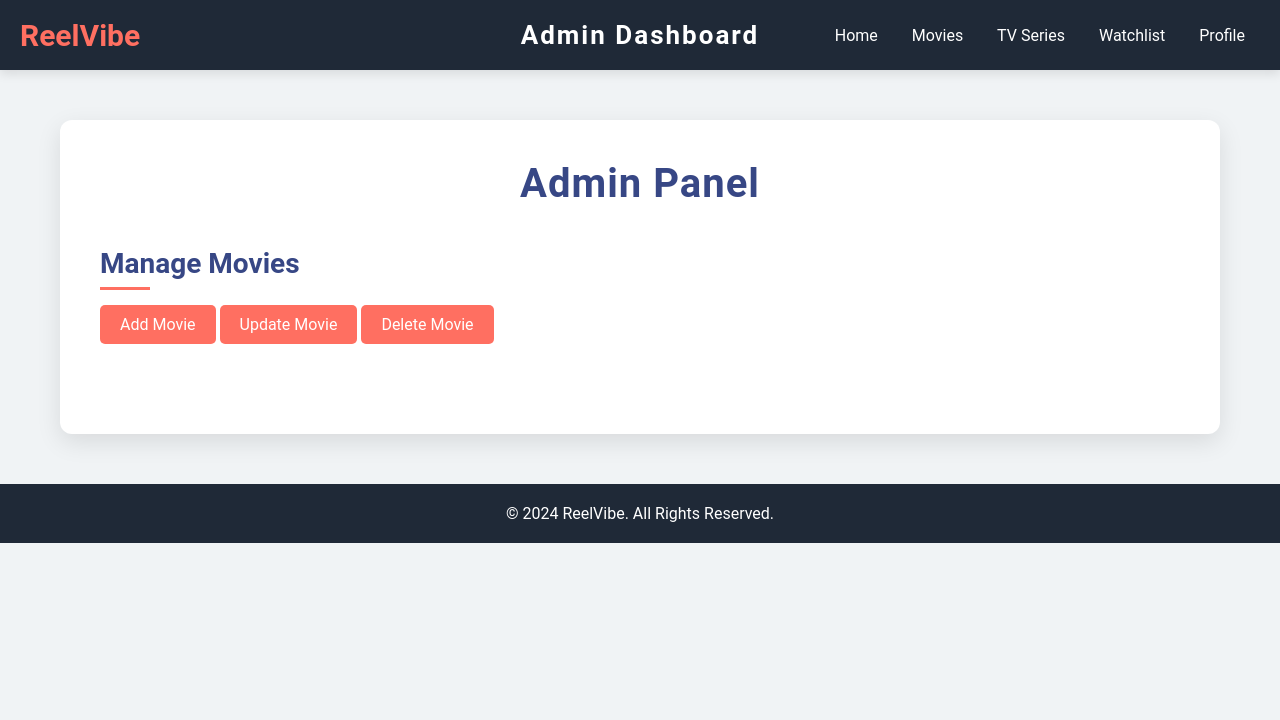
Repository: Szachii/Online-Movie-and-TV-series-browsing-system
Page: http://localhost/movie/admin.jsp
The author's editor kept a copy of each file at every save. The page is drawn from the files as they stood at one save, then again after the next save.
The browser window is 1280 px wide. The pictures show the whole page.
The page is served by Tomcat 9. Other server files are loaded and not shown.

Above is the page before, as saved 2024-10-15 02:06:13.

### movie/src/main/webapp/admin.jsp
<!DOCTYPE html>
<html lang="en">

<head>
    <meta charset="UTF-8">
    <meta name="viewport" content="width=device-width, initial-scale=1.0">
    <title>Admin Page - ReelVibe</title>
    <style>
        /* Global Styling */
        * {
            margin: 0;
            padding: 0;
            box-sizing: border-box;
            font-family: 'Roboto', sans-serif;
        }

        body {
            background-color: #f0f3f5;
            color: #333;
        }

        header {
            background-color: #1f2937;
            padding: 20px;
            text-align: center;
            position: relative;
            box-shadow: 0 4px 10px rgba(0, 0, 0, 0.1);
        }

        .system-name {
            position: absolute;
            top: 50%;
            left: 20px;
            transform: translateY(-50%);
            font-size: 30px;
            color: #FF6F61;
            font-weight: bold;
        }

        header h1 {
            color: #ffffff;
            font-size: 26px;
            letter-spacing: 2px;
        }

        /* Navigation Bar */
        nav {
            text-align: right;
            position: absolute;
            right: 20px;
            top: 50%;
            transform: translateY(-50%);
        }

        nav a {
            color: #ffffff;
            margin: 0 15px;
            text-decoration: none;
            font-size: 16px;
            transition: color 0.3s;
        }

        nav a:hover {
            color: #ff6f61;
        }

        /* Main Container */
        main {
            max-width: 1200px;
            margin: 50px auto;
            padding: 0 20px;
        }

        h2 {
            text-align: center;
            color: #374785;
            font-size: 2.5em;
            margin-bottom: 40px;
            font-weight: 600;
            letter-spacing: 1px;
        }

        .admin-container {
            background-color: #ffffff;
            padding: 40px;
            border-radius: 12px;
            box-shadow: 0 8px 24px rgba(0, 0, 0, 0.1);
        }

        .admin-section {
            margin-bottom: 50px;
        }

        .admin-section h3 {
            font-size: 1.75em;
            color: #374785;
            margin-bottom: 15px;
            position: relative;
            padding-bottom: 10px;
        }

        .admin-section h3::after {
            content: "";
            position: absolute;
            width: 50px;
            height: 3px;
            background-color: #ff6f61;
            left: 0;
            bottom: 0;
        }

        .admin-section button {
            padding: 10px 20px;
            background-color: #FF6F61;
            color: #ffffff;
            border: none;
            border-radius: 5px;
            cursor: pointer;
            font-size: 16px;
            transition: background-color 0.3s, transform 0.3s;
        }

        .admin-section button:hover {
            background-color: #e65550;
            transform: translateY(-2px);
        }

        /* Forms Styling */
        .admin-form {
            margin-top: 30px;
        }

        .admin-form label {
            font-size: 16px;
            color: #333;
            margin-bottom: 8px;
            display: block;
        }

        .admin-form input,
        .admin-form textarea {
            width: 100%;
            padding: 12px;
            margin-bottom: 20px;
            border: 1px solid #ddd;
            border-radius: 8px;
            font-size: 16px;
            color: #333;
            transition: border 0.3s;
        }

        .admin-form input:focus,
        .admin-form textarea:focus {
            border-color: #FF6F61;
            outline: none;
        }

        .admin-form button {
            width: 50%; /* Reduced width */
            padding: 8px; /* Reduced padding */
            background-color: #374785;
            color: white;
            border: none;
            border-radius: 8px;
            font-size: 14px; /* Reduced font size */
            cursor: pointer;
            transition: background-color 0.3s, transform 0.3s;
            display: block;
            margin: 0 auto; /* Centers the button */
        }

        .admin-form button:hover {
            background-color: #2c3e50;
            transform: translateY(-2px);
        }

        footer {
            text-align: center;
            padding: 20px;
            background-color: #1f2937;
            color: white;
            position: relative;
            bottom: 0;
            left: 0;
            width: 100%;
            margin-top: 50px;
        }

        /* Smooth show/hide transitions */
        .form-container {
            display: none;
            opacity: 0;
            transition: opacity 0.3s ease-in-out;
        }

        .form-container.show {
            display: block;
            opacity: 1;
        }

        /* Responsive design */
        @media (max-width: 768px) {
            .admin-section button {
                width: 100%;
                margin-bottom: 10px;
            }

            nav a {
                font-size: 14px;
            }

            h2 {
                font-size: 2em;
            }
        }
    </style>
</head>

<body>
    <header>
        <div class="system-name">ReelVibe</div>
        <h1>Admin Dashboard</h1>
        <nav>
            <a href="home.html">Home</a>
            <a href="movies.html">Movies</a>
            <a href="tvseries.html">TV Series</a>
            <a href="watchlist.html">Watchlist</a>
            <a href="profile.html">Profile</a>
        </nav>
    </header>

    <main>
        <section class="admin-container">
            <h2>Admin Panel</h2>

            <!-- Manage Movies Section -->
            <div class="admin-section">
                <h3>Manage Movies</h3>
                <button onclick="toggleForm('add-movie-form')">Add Movie</button>
                <button onclick="toggleForm('update-movie-form')">Update Movie</button>
                <button onclick="toggleForm('delete-movie-form')">Delete Movie</button>

                <div id="add-movie-form" class="form-container">
                    <h4>Add New Movie</h4>
                    <form class="admin-form" method="post" action="AddMovie" enctype="multipart/form-data">
                        <label for="movie-title">Title:</label>
                        <input type="text" id="movie-title" name="title" required>

                        <input type="radio" id="movie" name="type" value="movie"><br>
                        <label for="movie">Movie</label>
                        <input type="radio" id="tvseries" name="type" value="tvseries">
                        <label for="tvseries">TV Series</label>

                        <label for="movie-genre">Genre:</label>
                        <input type="text" id="movie-genre" name="genre" required>

                        <label for="movie-year">Release Year:</label>
                        <input type="number" id="movie-year" name="year" required>

                        <label for="faq-answer">Description:</label>
                        <textarea id="faq-answer" rows="5" name="dec" required></textarea>

                        <label for="poster">Select Poster Image:</label>
                        <input type="file" id="poster" name="poster" accept="image/*" required>

                        <button type="submit">Submit</button>
                    </form>
                </div>

                <div id="update-movie-form" class="form-container">
                    <h4>Update Movie</h4>
                    <form class="admin-form" method="post" action="UpdateMovie" enctype="multipart/form-data">
                        <label for="movie-id-update">Title:</label>
                        <input type="text" id="movie-id-update" name="title" required>

                        <label for="movie-title-update">New Title:</label>
                        <input type="text" id="movie-title-update" name="newtitle">

                        <input type="radio" id="movie" name="newtype" value="movie"><br>
                        <label for="movie">Movie</label>
                        <input type="radio" id="tvseries" name="newtype" value="tvseries">
                        <label for="tvseries">TV Series</label>

                        <label for="movie-genre-update">New Genre:</label>
                        <input type="text" id="movie-genre-update" name="newgenre">

                        <label for="movie-year-update">New Release Year:</label>
                        <input type="number" id="movie-year-update" name="newyear">

                        <label for="faq-answer-update">New Description:</label>
                        <textarea id="faq-answer-update" rows="5" name="newdec"></textarea>

                        <label for="poster-update">Select New Poster Image:</label>
                        <input type="file" id="poster-update" name="poster" accept="image/*">

                        <button type="submit">Submit</button>
                    </form>
                </div>

                <div id="delete-movie-form" class="form-container">
                    <h4>Delete Movie</h4>
                    <form class="admin-form" method="post" action="DeleteMovie">
                        <label for="movie-id-delete">Movie Title:</label>
                        <input type="text" id="movie-id-delete" name="title" required>

                        <button type="submit">Delete</button>
                    </form>
                </div>
            </div>

        </section>
    </main>

    <footer>
        &copy; 2024 ReelVibe. All Rights Reserved.
    </footer>

    <script>
        function toggleForm(formId) {
            var forms = document.querySelectorAll('.form-container');
            forms.forEach(function (form) {
                form.classList.remove('show');
            });
            document.getElementById(formId).classList.add('show');
        }
    </script>

</body>

</html>

After the next save:
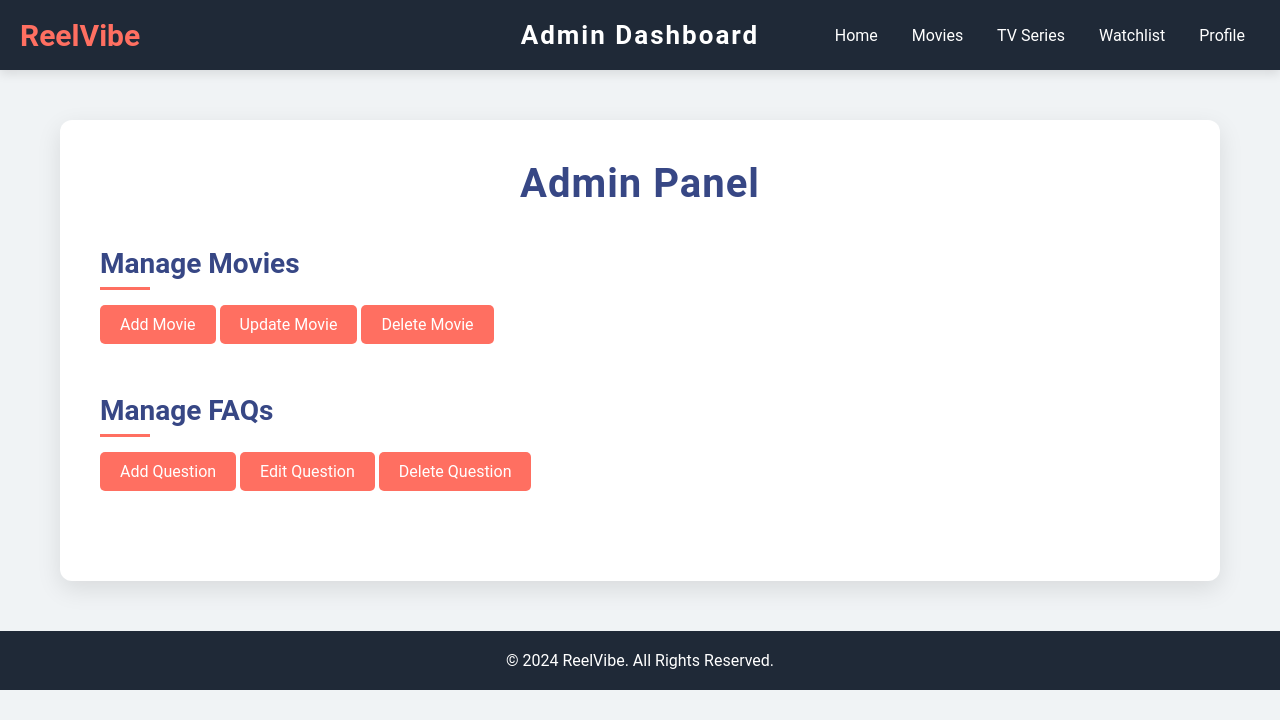
Saved 7 min 35 s later.
--- a/movie/src/main/webapp/admin.jsp
+++ b/movie/src/main/webapp/admin.jsp
@@ -306,6 +306,57 @@
                         <button type="submit">Delete</button>
                     </form>
                 </div>
+
+
+            </div>
+
+            <div class="admin-section">
+                <h3>Manage FAQs</h3>
+                <button onclick="toggleForm('add-faq-form')">Add Question</button>
+                <button onclick="toggleForm('edit-faq-form')">Edit Question</button>
+                <button onclick="toggleForm('delete-faq-form')">Delete Question</button>
+
+                <div id="add-faq-form" class="form-container">
+                    <h4>Add New Question</h4>
+                    <form class="admin-form" method="post" action="AddQA">
+                        <label for="faq-id-add">FAQ ID:</label>
+                        <input type="text" id="faq-id-add" name="id" required>
+
+                        <label for="faq-question">Question:</label>
+                        <input type="text" id="faq-question" name="que"  required>
+
+                        <label for="faq-answer">Answer:</label>
+                        <textarea id="faq-answer" rows="5"  name="ans" required></textarea>
+
+                        <button type="submit">Submit</button>
+                    </form>
+                </div>
+
+                <div id="edit-faq-form" class="form-container">
+                    <h4>Edit Question</h4>
+                    <form class="admin-form"  method="post" action="UpdateQA">
+                        <label for="faq-id-edit">FAQ ID:</label>
+                        <input type="text" id="faq-id-edit" name="id" required>
+
+                        <label for="faq-question-edit">New Question:</label>
+                        <input type="text" id="faq-question-edit" name="newque">
+
+                        <label for="faq-answer-edit">New Answer:</label>
+                        <textarea id="faq-answer-edit" rows="5" name="newans"></textarea>
+
+                        <button type="submit">Submit</button>
+                    </form>
+                </div>
+
+                <div id="delete-faq-form" class="form-container">
+                    <h4>Delete Question</h4>
+                    <form class="admin-form" method="post" action="DeleteQA">
+                        <label for="faq-id-delete">FAQ ID:</label>
+                        <input type="text" id="faq-id-delete" name="id" required>
+
+                        <button type="submit">Delete</button>
+                    </form>
+                </div>
             </div>
 
         </section>
